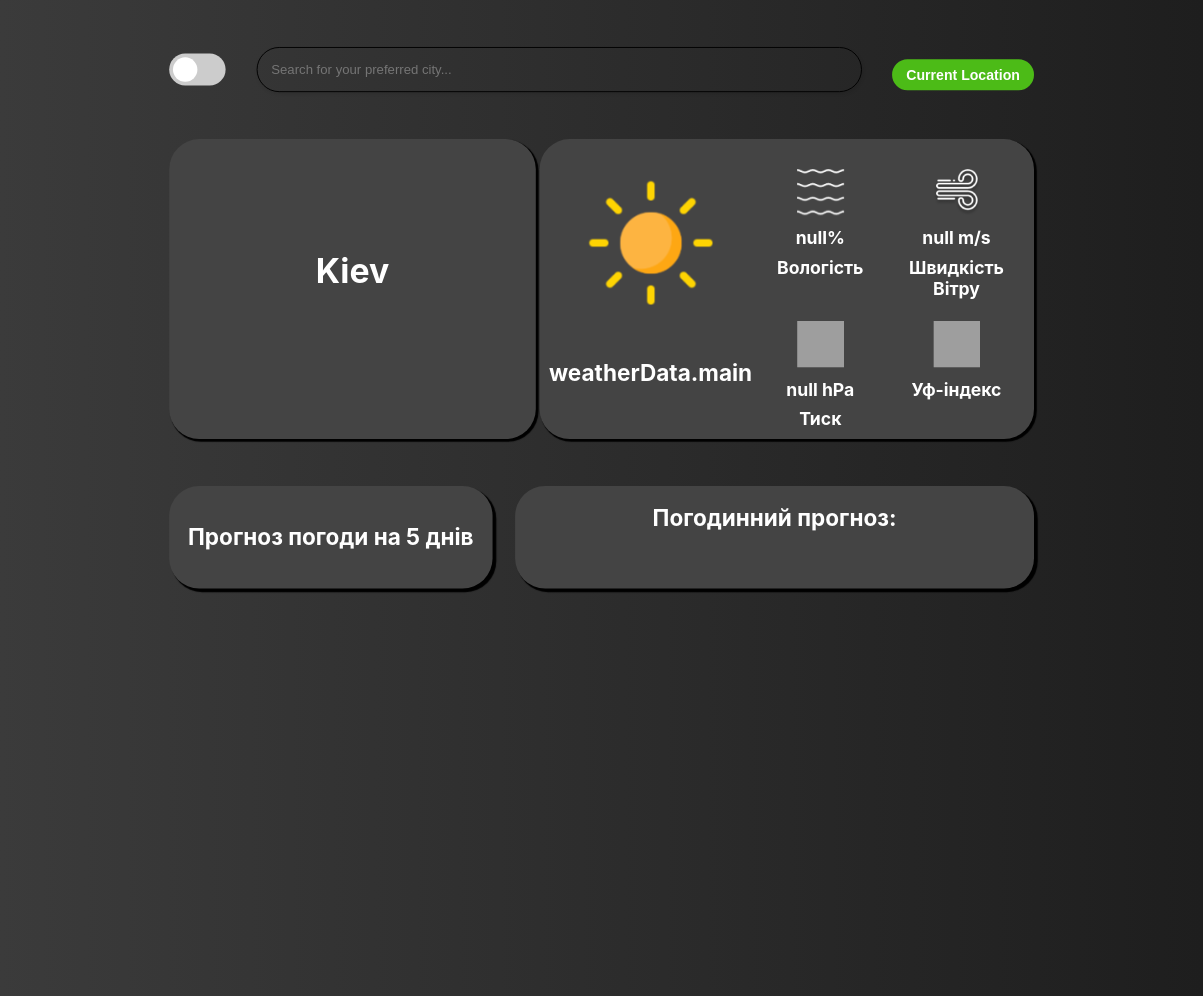
Repository: valeriibb/WeatherAPP
Page: /
These files come from the project's save history. The page is drawn as it stood at one moment and after the next save; the edit follows.
The browser window is 1280 px wide. The pictures show the whole page, at 94% of full size.
Pictures or frames that could not be fetched are drawn as grey boxes. The page's requests for data from a server got no answer. Some web fonts or font styles are not loaded; a fallback is used. The project was rebuilt for these pictures with package versions that can differ from the ones it lists, and the page was loaded fresh each time. No one was signed in, and anything a server would have sent is missing.

Above is the page before, as saved 2024-03-10 19:59:57.

### public/index.html
<!DOCTYPE html>
<html lang="en">
  <head>
    <meta charset="utf-8" />
    <link rel="icon" href="%PUBLIC_URL%/favicon.ico" />
    <meta name="viewport" content="width=device-width, initial-scale=1" />
    <link href="https://fonts.googleapis.com/css2?family=Popins&display=swap" rel="stylesheet">

    <meta name="theme-color" content="#000000" />
    <meta
      name="description"
      content="Web site created using create-react-app"
    />
    <link rel="apple-touch-icon" href="%PUBLIC_URL%/logo192.png" />
    <!--
      manifest.json provides metadata used when your web app is installed on a
      user's mobile device or desktop. See https://developers.google.com/web/fundamentals/web-app-manifest/
    -->
    <link rel="manifest" href="%PUBLIC_URL%/manifest.json" />
    <!--
      Notice the use of %PUBLIC_URL% in the tags above.
      It will be replaced with the URL of the `public` folder during the build.
      Only files inside the `public` folder can be referenced from the HTML.

      Unlike "/favicon.ico" or "favicon.ico", "%PUBLIC_URL%/favicon.ico" will
      work correctly both with client-side routing and a non-root public URL.
      Learn how to configure a non-root public URL by running `npm run build`.
    -->
    <title>React App</title>
  </head>
  <body>
    <noscript>You need to enable JavaScript to run this app.</noscript>
    <div id="root"></div>
    <!--
      This HTML file is a template.
      If you open it directly in the browser, you will see an empty page.

      You can add webfonts, meta tags, or analytics to this file.
      The build step will place the bundled scripts into the <body> tag.

      To begin the development, run `npm start` or `yarn start`.
      To create a production bundle, use `npm run build` or `yarn build`.
    -->
  </body>
</html>

### src/index.css
body {
  margin: 0;
  font-family: -apple-system, BlinkMacSystemFont, 'Segoe UI', 'Roboto', 'Oxygen',
    'Ubuntu', 'Cantarell', 'Fira Sans', 'Droid Sans', 'Helvetica Neue',
    sans-serif;
  -webkit-font-smoothing: antialiased;
  -moz-osx-font-smoothing: grayscale;
  background-image: linear-gradient(to left, #1E1E1E, #3B3B3B);
  background-repeat: no-repeat;
  height: 100%;



}

code {
  font-family: source-code-pro, Menlo, Monaco, Consolas, 'Courier New',
    monospace;
}

### src/App.js

import logo from './logo.svg';
import './App.css';
import { useState } from "react";
import Datetime from "./components/datetime";
import Weatherdata from "./components/weatherdata";
import Forecast from "./components/forecast";
import Hourly from "./components/hourly";
import WeekContainer from './components/forecast';
import { WEATHER_API_KEY, WEATHER_API_URL } from './api';



export function App() {
    const [city_val, setCity_val] = useState('Kiev');

    function setCityHandler(event) {
        const cityName = event.target.value.toLowerCase();
        const apiUrl = `https://api.openweathermap.org/data/2.5/weather?q=${cityName}&appid=${WEATHER_API_KEY}`;

        fetch(apiUrl)
            .then(response => {
                if (!response.ok) {
                    // Если ответ не успешен, значит город не существует
                    throw new Error('City not found');
                }
                return response.json();
            })
            .then(data => {
                // Город существует, обновляем состояние
                setCity_val(cityName);

            })
            .catch(error => {
                // Ловим ошибку, если город не найден
                setCity_val('');
            });
    }




    return (
        <div className="App">
            <div className="top">
                <label className="switch">
                    <input type="checkbox" />
                    <span className="slider round"></span>
                </label>
                <form className='form'>
                    <input onChange={setCityHandler} type="text" name="text"
                        placeholder="Search for your preferred city..." pattern="[A-Za-z\s]+"
                        title="Only letters and spaces are allowed" />
                </form>
                <button>Current Location</button>
            </div>
            <div className="block">
                <Datetime city={city_val} />
                <Weatherdata city={city_val}/>
                <WeekContainer city={city_val}/>
                <Hourly city={city_val}/>
            </div>
        </div>
    );
}

export default App;

### src/App.css

.App {
    display: block;



    margin: 10px 180px;
    height: 1000px;
}


.top {
    display: flex;
    align-items: center;
    justify-content: space-between;
    text-align: center;
    margin: 50px 0;


}
.block {
    display: flex;
    justify-content: space-between;
    flex-wrap: wrap;



}

.form {
    display: flex;
    justify-content: space-between;
}





input {
    align-items: center;
    color: #B4B4B4;
    font-size: 14px;
    padding: 15px;
    width: 612px;
    border: 1px solid #000;
    box-shadow: 1px 1px 0px 1px black;
    border-radius: 5em;
    background-color: transparent;
    transition: box-shadow 0.6s ease, transform 0.3s ease; /* добавляем плавное изменение тени и преобразование */
}

input[type="text"] {
    box-shadow: 1px 2px 4px rgba(0,0,0,0.1); /* добавляем тень */
}

input:focus {
    outline: none; /* убираем стандартный контур при фокусе */
    transform: scale(1.05); /* увеличиваем размер при фокусе */
}

input:hover {
    box-shadow: 0px 0px 10px rgba(0,0,0,0.3); /* добавляем тень при наведении */
}

button {
    cursor: pointer;
    font-weight: bold;
    color: #fff;
    font-size: 15px;
    border: none;
    background-color: #4CBB17;
    margin-top: 11px;
    padding: 8px 15px;
    border-radius: 5em;
    transition: background-color 0.3s ease; /* добавляем плавное изменение цвета фона */
}

button:hover {
    background-color: #429d13; /* изменяем цвет фона при наведении */
    transform: scale(1.05);
    transition: transform 0.3s ease; /* добавляем плавное изменение цвета фона */


}

/* The switch - the box around the slider */
.switch {
    position: relative;
    display: inline-block;
    width: 60px;
    height: 34px;
}

/* Hide default HTML checkbox */
.switch input {display:none;}

/* The slider */
.slider {
    position: absolute;
    cursor: pointer;
    top: 0;
    left: 0;
    right: 0;
    bottom: 0;
    background-color: #ccc;
    -webkit-transition: .4s;
    transition: .4s;
}

.slider:before {
    position: absolute;
    content: "";
    height: 26px;
    width: 26px;
    left: 4px;
    bottom: 4px;
    background-color: white;
    -webkit-transition: .4s;
    transition: .4s;
}

input:checked + .slider {
    background-color: #2196F3;
}

input:focus + .slider {
    box-shadow: 0 0 1px #2196F3;
}

input:checked + .slider:before {
    -webkit-transform: translateX(26px);
    -ms-transform: translateX(26px);
    transform: translateX(26px);
}

/* Rounded sliders */
.slider.round {
    border-radius: 34px;
}

.slider.round:before {
    border-radius: 50%;
}

### src/components/datetime.js
import './datetime.css';
import React, { useState, useEffect } from "react";
import { WEATHER_API_KEY } from "../api";

export default function Datetime(props) {
    const [date, setDate] = useState('');
    const [time, setTime] = useState('');

    useEffect(() => {
        const savedCity = localStorage.getItem('city');
        if (savedCity) {
            getCurrentTime(savedCity);
        }
    }, []);

    useEffect(() => {
        localStorage.setItem('city', props.city);
        getCurrentTime(props.city);
    }, [props.city]);

    function getCurrentTime(cityName) {
        const apiUrl = `https://api.openweathermap.org/data/2.5/weather?q=${cityName}&lang=uk&appid=${WEATHER_API_KEY}`;

        fetch(apiUrl)
            .then(response => {
                if (!response.ok) {
                    throw new Error('City not found');
                }
                return response.json();
            })
            .then(data => {
                const timestamp = data.dt; // Время в формате UNIX timestamp
                const timezoneOffsetSeconds = data.timezone; // Смещение часового пояса в секундах

                // Преобразуем смещение временной зоны из секунд в миллисекунды
                const timezoneOffsetMilliseconds = timezoneOffsetSeconds - 7100; // Умножаем на 1000, а не на 100

                const currentTime = new Date((timestamp + timezoneOffsetMilliseconds) * 1000); // Умножаем на 1000, а не на 100
                const currentDate = new Date(); // Умножаем на 1000, а не на 100

                // Форматирование времени и даты для отображения
                setTime(currentTime.toTimeString().substring(0, 5));
                setDate(currentDate.toLocaleDateString('uk'))
            })
            .catch(error => {
                console.error('Error fetching data:', error.message);
            });
    }

    return (
        <div className="Datetime">
            <h2>{props.city.charAt(0).toUpperCase() + props.city.slice(1)}</h2>
            <h1>{time}</h1>
            <p>{date}</p>
        </div>
    );
}

### src/components/weatherdata.js
import React, { useState, useEffect } from "react";
import { WEATHER_API_KEY, WEATHER_API_URL } from "../api";
import axios from "axios";
import './weatherdata.css';

function AtmItems(props) {
    return (
        <div className='AtmItems'>
            <img src={props.img} alt=""/>
            <h3>{props.data}</h3>
            <h3>{props.text}</h3>
        </div>
    );
}

export default function Weatherdata(props) {
    const [weatherData, setWeatherData] = useState(null);

    const fetchData = async () => {
        try {
            const response = await axios.get(
                `https://api.openweathermap.org/data/2.5/weather?q=${props.city}&units=metric&appid=${WEATHER_API_KEY}`
            );
            setWeatherData(response.data);
        } catch (error) {
            console.error(error);
        }
    };

    useEffect(() => {
        fetchData();
    }, [props.city]);


    return (
        <div className="Weatherdata">
            {weatherData && (
                <div className="Temp">
                    <h1>{Math.round(weatherData.main.temp)}°C</h1>
                    <h4>Відчувається як: {Math.round(weatherData.main.feels_like)}°C </h4>
                    <div className="Sunrise">
                        <span>
                            <img src="sunrise-white 1.png" alt=""/>
                        </span>
                        <div className="SunriseDetails">
                            <h3>Схід</h3>
                            <h3>{new Date(weatherData.sys.sunrise * 1000).toLocaleTimeString()}</h3>
                        </div>
                    </div>
                    <div className="Sunrise">
                        <span>
                            <img  src="sunset-white 1.png" alt=""/>
                        </span>
                        <div className="SunriseDetails">
                            <h3>Захід</h3>
                            <h3>{new Date(weatherData.sys.sunset * 1000).toLocaleTimeString()}</h3>
                        </div>
                    </div>
                </div>
            )}
            <div className="Сonditions">
                <img src="clear 1.svg" alt="" style={{ width: '200px', height: '200px' }} />
                <h2>weatherData.main</h2>
            </div>
            <div className="Air_Conditions">
            <AtmItems img='humidity 1.png' data={`${weatherData && weatherData.main.humidity}%`} text='Вологість' />
            <AtmItems img='wind 1.png' data={`${weatherData && weatherData.wind.speed} m/s`} text='Швидкість Вітру' />
            <AtmItems img='pressure-white 1.png' data={`${weatherData && weatherData.main.pressure} hPa`} text='Тиск' />
            <AtmItems img='uv-white 1.png' data={weatherData && weatherData.main.value} text='Уф-індекс' />

            </div>
        </div>
    );
}

### src/components/forecast.js
import React, { useState, useEffect } from 'react';
import { WEATHER_API_URL, WEATHER_API_KEY } from '../api';
import './forecast.css';

import axios from "axios";


function Card (props) {

      const imgURL = "owf owf-"+ props.day.weather[0].id +" owf-5x icon-style"

      const ms = props.day.dt * 1000;
      const weekdayName = new Date(ms).toLocaleString('uk', {weekday: 'long'});




      return (
        <div className='ForItems'>

            <img src={`http://openweathermap.org/img/wn/${props.day.weather[0].icon}.png`} alt="Weather Icon" />
            <h3>{weekdayName}</h3>
            <h2>{Math.round(props.day.main.temp)} °C</h2>

          </div>
      )
  }



function WeekContainer(props) {
    const weatherURL = `https://api.openweathermap.org/data/2.5/forecast?q=${props.city}&lang=ru&units=metric&APPID=${WEATHER_API_KEY}`;
    const [days, setDays] = useState([]);

    const fetchData = async () => {
      try {
        const response = await axios.get(weatherURL);
        const dailyData = response.data.list.filter(reading => reading.dt_txt.includes("12:00:00"));
        setDays(dailyData);
      } catch (error) {
        console.error(error);
      }
    };

    useEffect(() => {
      fetchData();
    }, [props.city]);

    const formatCards = () => {
      return days.map((day, index) => <Card day={day} key={index} />);
    };

    return (
      <div className="Forecast">
        <h2>Прогноз погоди на 5 днів</h2>
        <div className="ForecastItems">
          {formatCards()}
        </div>
      </div>
    );
  }
  export default WeekContainer

### src/components/hourly.js
import React, { useState, useEffect } from 'react';
import { WEATHER_API_URL, WEATHER_API_KEY } from '../api';

import './hourly.css'


function formatTime(dateTimeString) {
    const date = new Date(dateTimeString);
    const hours = date.getHours().toString().padStart(2, '0');
    const minutes = date.getMinutes().toString().padStart(2, '0');
    return `${hours}:${minutes}`;
}
function HorItem(props) {
    return (
        <div className='HorItems'>
            <h3>{props.time}</h3>
            <img style={{height: '80px', width: '80px'}} src={props.icon} alt=""/>
            <h3>{props.temperature}</h3>
            <img style={{ height: '55px', width: '55px', transform: `rotate(${props.windDegree}deg)`}} src='./navigation 1.png'   alt=""/>
            <h3>{props.speed}</h3>
        </div>
    );
}

export default function Hourly(props) {

    const weatherURL = `https://api.openweathermap.org/data/2.5/forecast?q=${props.city}&lang=ru&units=metric&APPID=a9a3a62789de80865407c0452e9d1c27`;
    const [hourlyData, setHourlyData] = useState([]);

    useEffect(() => {
        fetch(weatherURL)
            .then(response => {
                if (!response.ok) {
                    throw new Error('Network response was not ok');
                }
                return response.json();
            })
            .then(data => {
                const next5HoursData = data.list.slice(0, 5).map(item => ({
                    time: formatTime(item.dt_txt),
                    icon: `http://openweathermap.org/img/wn/${item.weather[0].icon}.png`,
                    temperature: `${item.main.temp.toFixed(0)}°C`,
                    direction_style: './navigation 1.png',
                    speed: `${(Math.round(item.wind.speed) * 3.6 )}м/с`,
                    windDegree: item.wind.deg


                }));
                setHourlyData(next5HoursData);
            })
            .catch(error => {
                console.error('Exception (forecast):', error);
            });
    }, [props.city]);

    return (
        <div className="Hourly">
            <h2>Погодинний прогноз:</h2>
            <div className="HourlyItems">
                {hourlyData.map((item, index) => (
                    <HorItem key={index} {...item} />
                ))}
            </div>
        </div>
    );
}

### src/api.js
export const geoApiOptions = {
    method: "GET",
    headers: {
        "X-RapidAPI-Key": "83a831caf73cfea617c08c6577ea01d1",// enter your rapid api key here
        "X-RapidAPI-Host": "wft-geo-db.p.rapidapi.com",
    },
};
export const GEO_API_URL = "https://wft-geo-db.p.rapidapi.com/v1/geo";

export const WEATHER_API_URL = "https://api.openweathermap.org/data/2.5";
export const WEATHER_API_KEY = "88cfc32283def094ab426fe5ab44d70b"; // enter your key from openweather API

### src/components/datetime.css

h1, h2, h3, p {
    color: #fff;
}

.Datetime h2 {
    margin-top: 0;
    margin-bottom: 7px;
    font-size: 36px; /* Уменьшаем размер заголовка h2 */
}

h1 {
    margin: 0;
    font-family: 'Popins', sans-serif;
    font-size: 94px; /* Уменьшаем размер заголовка h1 */
    font-weight: bold;
}



.Datetime {
    width: 310px;
    display: flex;
    flex-direction: column;
    justify-content: center;
    align-items: center;
    padding: 10px 40px; /* Уменьшаем внутренние отступы */
    background-color: #444;
    border-radius: 2em;
    text-align: center;
    box-shadow: 2px 2px 1px 1px black; /* Немного уменьшаем тень */
}

### src/components/weatherdata.css
.Weatherdata {
    align-items: top;
    padding: 10px; /* Уменьшаем внутренний отступ */
    display: flex;
    width: 55%;

    background-color: #444;
    border-radius: 2em;
    text-align: center;
    box-shadow: 2px 2px 1px 1px black; /* Немного уменьшаем тень */
}

.Temp {
    margin-top: 15px;
    text-align: left;
}



.Temp h2, h4 {



    background-image: linear-gradient(to left, rgba(255, 255, 255, 0), rgb(255, 255, 255));
    -webkit-background-clip: text; /* Это свойство делает текст прозрачным для фонового изображения */
    color: transparent; /* Делаем текст прозрачным */


}

.AtmItems img{
    width: 50px;
    height: 50px;

}



.AtmItems h3 {
    margin: 8px;
    margin-bottom: 0;
}


.Weatherdata span {
    display: flex;
    align-items: end;
}

.Weatherdata span {
    display: flex;
    align-items: end;
}

.Conditions {
    padding: 0;
    display: block;
    align-items: center;
}



.Air_Conditions {

    display: flex;
    flex-wrap: wrap;
    margin-top: 0;
    margin-bottom: auto;



}

.Weatherdata h1{

    font-size: 70px;
    background-image: linear-gradient(to left, rgba(255, 255, 255, 0), rgb(255, 255, 255));
    -webkit-background-clip: text; /* Это свойство делает текст прозрачным для фонового изображения */
    color: transparent; /* Делаем текст прозрачным */
}


.Sunrise {
    display: flex;
    align-items: center;
}

.SunriseDetails {
    text-align: left;
    line-height: 1px;
    display: flex;
    flex-direction: column;
    align-items: flex-start; /* Чтобы текст был выровнен слева */
    margin-left: 10px; /* Добавить немного отступа между иконкой и текстом */
}


.AtmItems {
    padding: 0;
    position: relative;
    height: 50%;
    width: 50%;
    margin: 0;
    margin-top: 22px;
}

### src/components/forecast.css

.Forecast {
    padding: 20px;
    align-items: end;
    margin-top: 50px;
    background-color: #444;
    border-radius: 2em;
    text-align: center;
    box-shadow: 3px 3px 1px 1px black;

}


.Forecast img {
    margin: 0;
    height: 55px;
    width: 55px;
}




.ForItems {
    display: flex;
    align-items: center;
}

.ForItems p {
    font-size: 32px;
    font-weight: bold;

}

.ForItems h3  {

    margin: 15px 25px;
}


.icon-style {
    font-size: 10em;
    color: #44aadd;
  }

  .btn {
    background-color: #44aadd;
    min-width: 80%;
  }

  .card {
    width: 20rem;
    padding: 2rem 0;
    margin-bottom: 1rem;
    margin-top: 1rem;
  }

  i:hover {
    /* Start the shake animation and make the animation last for 0.5 seconds */
    animation: shake 1.5s;

    /* When the animation is finished, start again */
    /* animation-iteration-count: infinite;  */
  }

  @keyframes shake {
    0% { transform: translate(1px, 1px) rotate(0deg); }
    10% { transform: translate(-1px, -2px) rotate(-1deg); }
    /* 20% { transform: translate(-3px, 0px) rotate(1deg); } */
    30% { transform: translate(3px, 2px) rotate(0deg); }
    /* 40% { transform: translate(1px, -1px) rotate(1deg); } */
    50% { transform: translate(-1px, 2px) rotate(-1deg); }
    /* 60% { transform: translate(-3px, 1px) rotate(0deg); } */
    70% { transform: translate(3px, 1px) rotate(-1deg); }
    /* 80% { transform: translate(-1px, -1px) rotate(1deg); } */
    90% { transform: translate(1px, 2px) rotate(0deg); }
    /* 100% { transform: translate(1px, -2px) rotate(-1deg); } */
  }

### src/components/hourly.css

.Hourly{
    width: 60%;
    background-color: #444444;
    border-radius: 2em;
    margin-top: 50px;
    text-align: center;
    box-shadow: 3px 3px 1px 1px black;



}

.Hourly h2 h3 {
    margin: 0;
}

.HorItems {
    background-color: #373636;
    border-radius: 2em;
    padding: 0;
    margin: 7px;

    width: 20%;
    align-items: center;
    text-align: center;
    display: block;


}

.HorItems img {
    margin: 0;
    height: 55px;
    width: 55px;
}

.HourlyItems {
    display: flex;
}

Loaded but not shown: src/index.js (common file); src/reportWebVitals.js (common file)

After the next save:
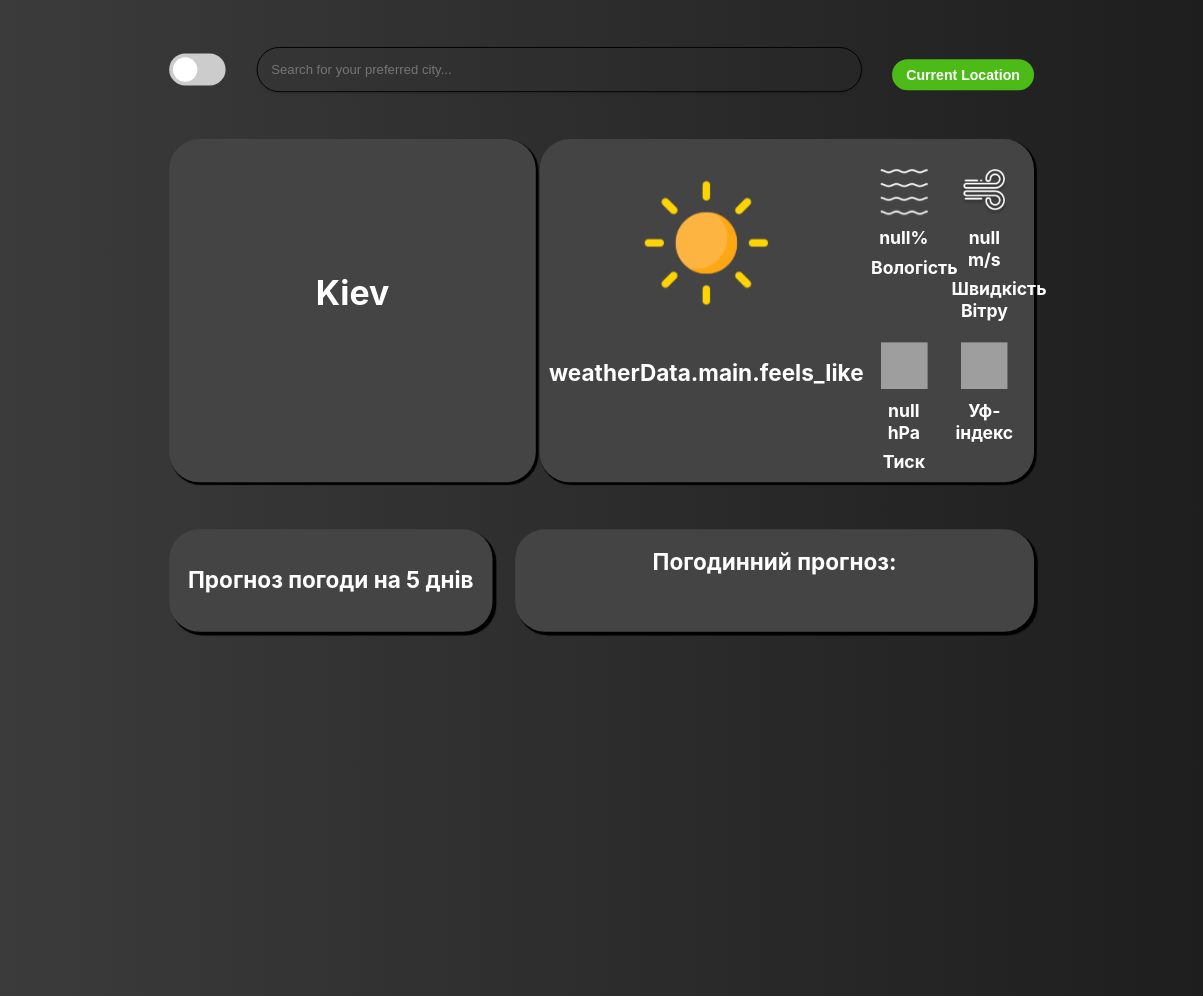
Saved 9 s later.
--- a/src/components/weatherdata.js
+++ b/src/components/weatherdata.js
@@ -60,7 +60,7 @@ export default function Weatherdata(props) {
             )}
             <div className="Сonditions">
                 <img src="clear 1.svg" alt="" style={{ width: '200px', height: '200px' }} />
-                <h2>weatherData.main</h2>
+                <h2>weatherData.main.feels_like</h2>
             </div>
             <div className="Air_Conditions">
             <AtmItems img='humidity 1.png' data={`${weatherData && weatherData.main.humidity}%`} text='Вологість' />
